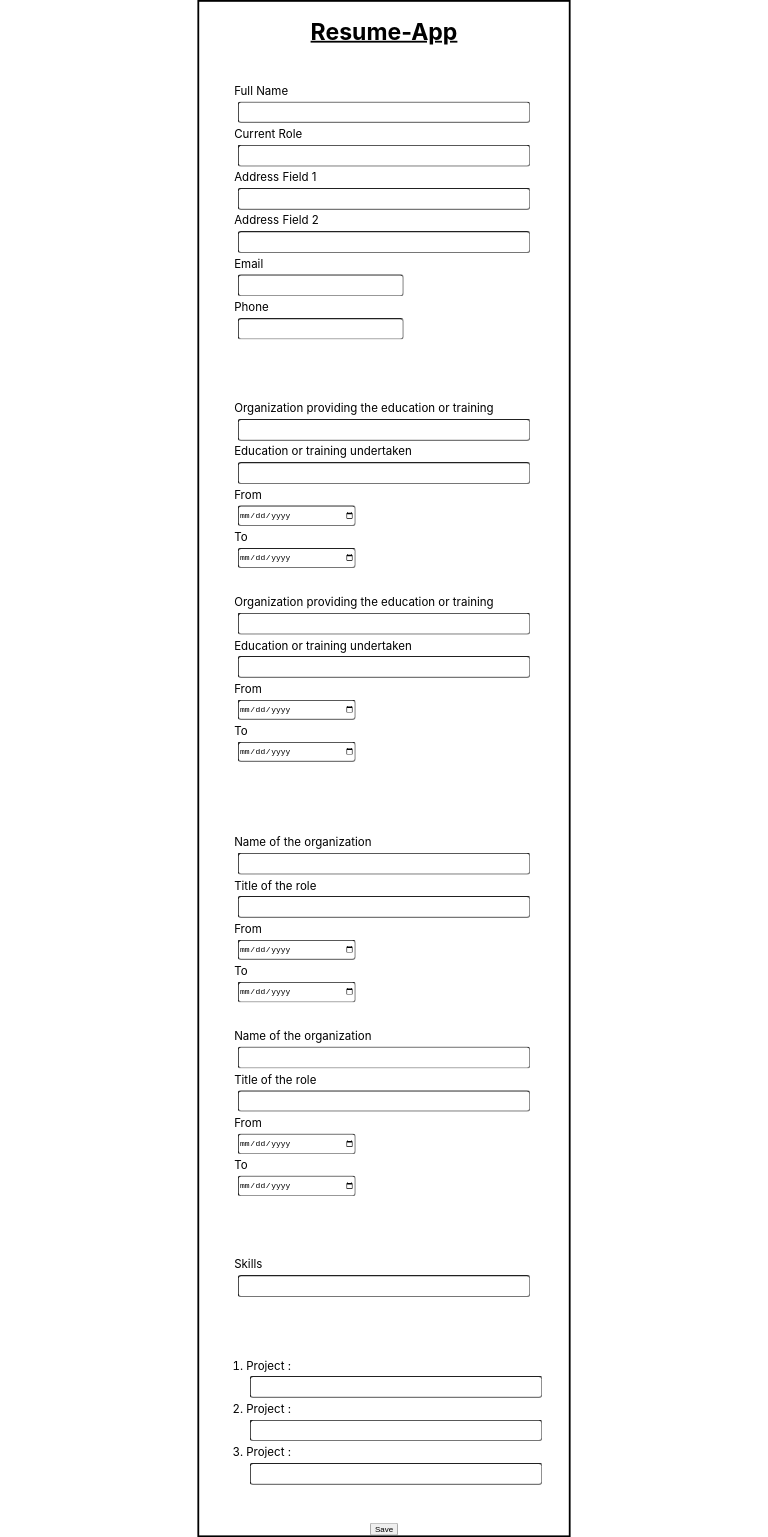
Repository: 0101chaitanya/resume-app
Page: /
An editor plug-in stored every save of this project. The page is shown before and after the next save, followed by the edit.
The browser window is 1280 px wide. The pictures show the whole page, at 60% of full size.
The project was rebuilt for these pictures with package versions that can differ from the ones it lists, and the page was loaded fresh each time.

Above is the page before, as saved 2021-07-28 15:54:27.

### src/App.js
import React, { useState, useEffect } from "react";
import logo from "./logo.svg";
import "./App.css";

function App() {
  const [state, setState] = useState({
    fullName: "",
    currentRole: "",
    address1: "",
    address2: "",

    schoolName1: "",
    titleOfStudy1: "",
    from1: "",
    to1: "",

    schoolName2: "",
    titleOfStudy2: "",
    from2: "",
    to2: "",

    organizationName1: "",
    titleOfRole1: "",
    workedFrom1: "",
    workedTill1: "",

    organizationName2: "",
    titleOfRole2: "",
    workedFrom2: "",
    workedTill2: "",

    skills: "",

    project1: "",
    project2: "",
    project3: "",
  });
  useEffect(() => {
    console.log(state);
  });
  const onChange = (e) => {
    const { name, value } = e.target;
    setState({
      ...state,
      [name]: value,
    });
  };
  const handleSubmit = (e) => {
    localStorage.setItem("savedData", JSON.stringify(state));
    setState({
      fullName: "",
      currentRole: "",
      address1: "",
      address2: "",

      schoolName1: "",
      titleOfStudy1: "",
      from1: "",
      to1: "",

      schoolName2: "",
      titleOfStudy2: "",
      from2: "",
      to2: "",

      organizationName1: "",
      titleOfRole1: "",
      workedFrom1: "",
      workedTill1: "",

      organizationName2: "",
      titleOfRole2: "",
      workedFrom2: "",
      workedTill2: "",

      skills: "",

      project1: "",
      project2: "",
      project3: "",
    });
    e.target.submit();
  };

  return (
    <div className="app">
      <header className="App-header">
        <h1>Resume-App</h1>
      </header>
      <form
        onSubmit={(e) => {
          e.preventDefault();
          handleSubmit(e);
        }}
      >
        <div className="section section1">
          <label htmlFor="fullName">
            Full Name
            <input
              required
              id="fullName"
              name="fullName"
              onChange={onChange}
              value={state.fullName}
              type="text"
            />
          </label>
          <label htmlFor="currentRole">
            Current Role
            <input
              required
              id="currentRole"
              name="currentRole"
              onChange={onChange}
              value={state.currentRole}
              type="text"
            />
          </label>
          <label htmlFor="address1">
            Address Field 1
            <input
              required
              id="address1"
              name="address1"
              onChange={onChange}
              value={state.address1}
              type="text"
            />
          </label>
          <label htmlFor="address2">
            Address Field 2
            <input
              required
              id="address2"
              name="address2"
              onChange={onChange}
              value={state.address2}
              type="text"
            />
          </label>
          <label htmlFor="email">
            Email
            <input
              required
              id="email"
              name="email"
              onChange={onChange}
              value={state.email}
              type="email"
            />
          </label>
          <label htmlFor="phone">
            Phone
            <input
              required
              id="phone"
              name="phone"
              onChange={onChange}
              value={state.phone}
              type="tel"
            />
          </label>
        </div>
        <div className="section section2">
          <div className="edu1">
            <label htmlFor="schoolName1">
              Organization providing the education or training
              <input
                required
                id="schoolName1"
                name="schoolName1"
                onChange={onChange}
                value={state.schoolName1}
                type="text"
              />
            </label>
            <label htmlFor="titleOfStudy1">
              Education or training undertaken
              <input
                required
                id="titleOfStudy1"
                name="titleOfStudy1"
                onChange={onChange}
                value={state.titleOfStudy1}
                type="text"
              />
            </label>
            <label htmlFor="from1">
              From
              <input
                required
                id="from1"
                name="from1"
                onChange={onChange}
                value={state.from1}
                type="date"
              />
            </label>
            <label htmlFor="to1">
              To
              <input
                required
                id="to1"
                name="to1"
                onChange={onChange}
                value={state.to1}
                type="date"
              />
            </label>
          </div>
          <div className="edu2">
            <label htmlFor="schoolName2">
              Organization providing the education or training
              <input
                required
                id="schoolName2"
                name="schoolName2"
                onChange={onChange}
                value={state.schoolName2}
                type="text"
              />
            </label>
            <label htmlFor="titleOfStudy2">
              Education or training undertaken
              <input
                required
                id="titleOfStudy2"
                name="titleOfStudy2"
                onChange={onChange}
                value={state.titleOfStudy2}
                type="text"
              />
            </label>
            <label htmlFor="from2">
              From
              <input
                required
                id="from2"
                name="from2"
                onChange={onChange}
                value={state.from2}
                type="date"
              />
            </label>
            <label htmlFor="to2">
              To
              <input
                required
                id="to2"
                name="to2"
                onChange={onChange}
                value={state.to2}
                type="date"
              />
            </label>
          </div>
        </div>
        <div className="section section3">
          <div className="job1">
            <label htmlFor="organizationName1">
              Name of the organization
              <input
                required
                id="organizationName1"
                name="organizationName1"
                onChange={onChange}
                value={state.organizationName1}
                type="text"
              />
            </label>
            <label htmlFor="titleOfRole1">
              Title of the role
              <input
                required
                id="titleOfRole1"
                name="titleOfRole1"
                onChange={onChange}
                value={state.titleOfRole1}
                type="text"
              />
            </label>
            <label htmlFor="workedFrom1">
              From
              <input
                required
                id="workedFrom1"
                name="workedFrom1"
                onChange={onChange}
                value={state.workedFrom1}
                type="date"
              />
            </label>
            <label htmlFor="workedTill1">
              To
              <input
                required
                id="workedTill1"
                name="workedTill1"
                onChange={onChange}
                value={state.workedTill1}
                type="date"
              />
            </label>
          </div>
          <div className="job2">
            <label htmlFor="organizationName2">
              Name of the organization
              <input
                id="organizationName2"
                name="organizationName2"
                onChange={onChange}
                value={state.organizationName2}
                type="text"
              />
            </label>
            <label htmlFor="titleOfRole2">
              Title of the role
              <input
                id="titleOfRole2"
                name="titleOfRole2"
                onChange={onChange}
                value={state.titleOfRole2}
                type="text"
              />
            </label>
            <label htmlFor="workedFrom2">
              From
              <input
                id="workedFrom2"
                name="workedFrom2"
                onChange={onChange}
                value={state.workedFrom2}
                type="date"
              />
            </label>
            <label htmlFor="workedTill2">
              To
              <input
                id="workedTill2"
                name="workedTill2"
                onChange={onChange}
                value={state.workedTill2}
                type="date"
              />
            </label>
          </div>
        </div>
        <div className="section section4">
          <label htmlFor="skills">
            Skills
            <input
              required
              id="skills"
              name="skills"
              onChange={onChange}
              value={state.skills}
              type="text"
            />
          </label>
        </div>
        <div className="section section5">
          <ol>
            <li>
              <label htmlFor="project1">
                Project :{" "}
                <input
                  required
                  id="project1"
                  name="project1"
                  onChange={onChange}
                  value={state.project1}
                  type="text"
                />
              </label>
            </li>
            <li>
              <label htmlFor="project2">
                Project :{" "}
                <input
                  required
                  id="project2"
                  name="project2"
                  onChange={onChange}
                  value={state.project2}
                  type="text"
                />
              </label>
            </li>
            <li>
              <label htmlFor="project3">
                Project :{" "}
                <input
                  id="project3"
                  name="project3"
                  onChange={onChange}
                  value={state.project3}
                  type="text"
                />
              </label>
            </li>
          </ol>
        </div>
        <button type="submit">Save</button>
      </form>
    </div>
  );
}

export default App;

### src/App.css
html {
  font-size: 1.2rem;
  font-weight: 400;
}
input {
  border-radius: 0.3rem;
  height: 1.6rem;
}
.app {
  margin: auto;
  display: flex;
  flex-direction: column;
  border: 0.2rem solid;
  width: fit-content;
  height: fit-content;
}

h1 {
  text-align: center;
  text-decoration: underline;
}
label {
  display: flex;
  flex-direction: column;
}
input[type="text"] {
  width: 25rem;
  margin: 0.3rem;
}
input[type="email"],
input[type="tel"] {
  width: 14rem;

  margin: 0.3rem;
}

input[type="date"] {
  width: 10rem;

  margin: 0.3rem;
}
.edu1,
.edu2,
.job1,
.job2 {
  margin: 1rem;
}
.section {
  margin: 2rem;
  display: flex;
  flex-direction: column;
  justify-content: center;
}
form {
  display: flex;
  flex-direction: column;
  align-items: center;
}
button {
  justify-self: center;
}

Loaded but not shown: public/index.html (common file); src/index.js (common file); src/index.css (common file); src/reportWebVitals.js (common file)

After the next save:
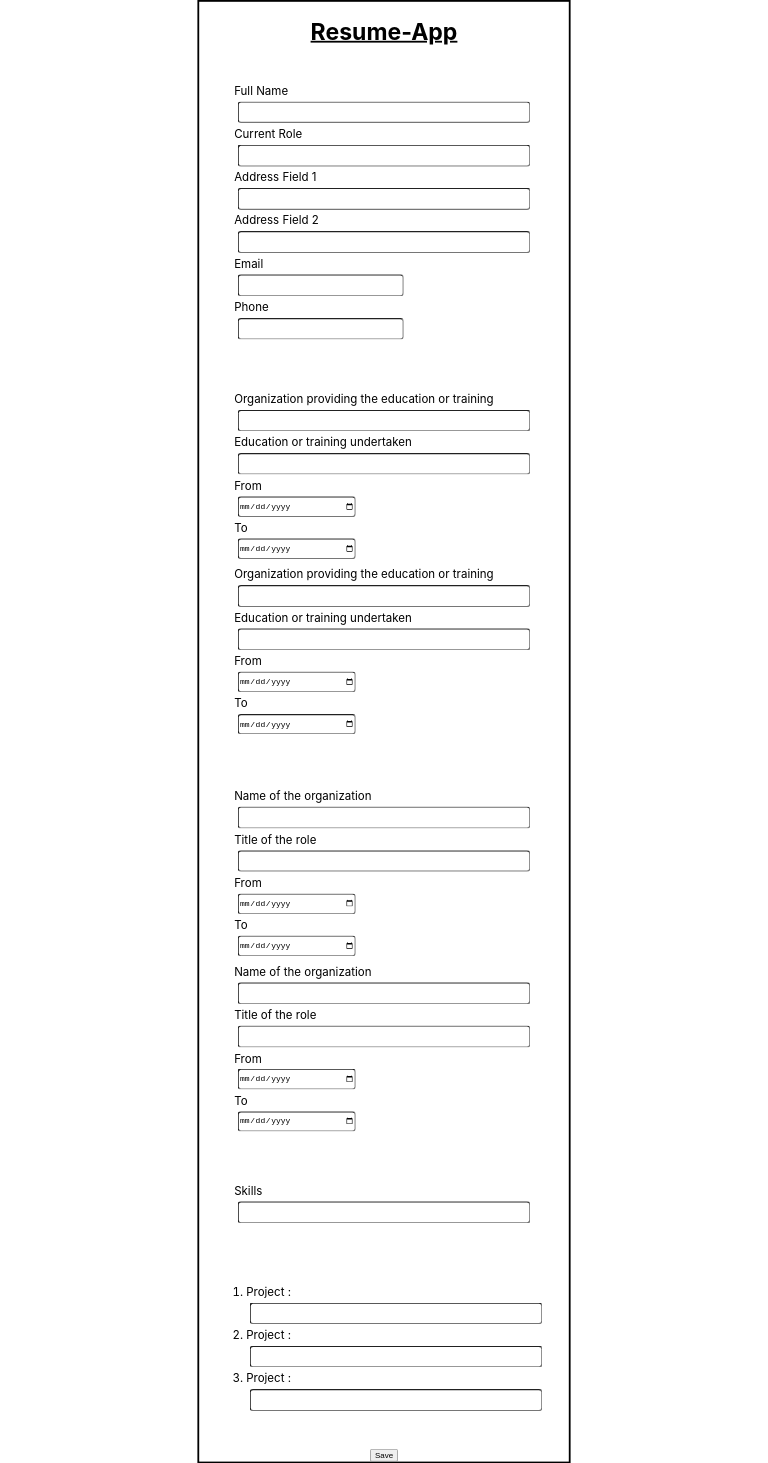
Saved 8 s later.
--- a/src/App.css
+++ b/src/App.css
@@ -43,7 +43,7 @@ input[type="date"] {
 .edu2,
 .job1,
 .job2 {
-  margin: 1rem;
+  margin: 0.2rem;
 }
 .section {
   margin: 2rem;
